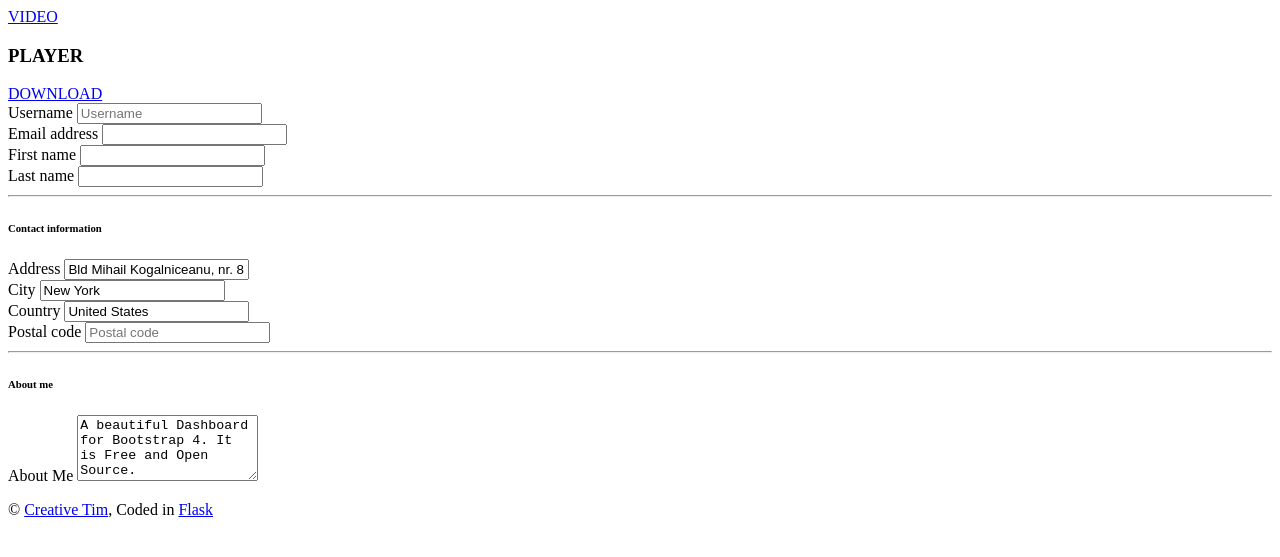
Repository: jasperDD/usedocker
Page: app/templates/pages/profile.html
The author's editor kept a record of every edit. The page is drawn from the files as they stood at one moment, then again after the next edit.
The browser window is 1280 px wide. The pictures show the whole page.
The template is drawn by Flask 3. The application's start-up code is not run. Other server files are loaded and not shown. The template is opened directly, without the code that normally fills it, so the values that code supplies are empty.

Above is the page before.

### app/templates/pages/profile.html
  <!-- Main content -->
  <div class="main-content">
    <!-- Top navbar -->
    <nav class="navbar navbar-top navbar-expand-md navbar-dark" id="navbar-main">
      <div class="container-fluid">
        <!-- Brand -->
        <a class="h4 mb-0 text-white text-uppercase d-none d-lg-inline-block" href="/profile.html">VIDEO</a>
      </div>
    </nav>
    <!-- Header -->
    {% include 'includes/top-stats.html' %}


    <!-- Page content -->
    <div class="container-fluid mt--7">
      <div class="row">
        <!--<div class="col-xl-4 order-xl-2 mb-5 mb-xl-0">-->
        <!--  <div class="card card-profile shadow">-->
        <!--    <div class="row justify-content-center">-->
        <!--      <div class="col-lg-3 order-lg-2">-->
        <!--        <div class="card-profile-image">-->
        <!--          <a href="#">-->
        <!--            <img src="/static/assets/img/theme/team-4-800x800.jpg" class="rounded-circle">-->
        <!--          </a>-->
        <!--        </div>-->
        <!--      </div>-->
        <!--    </div>-->
        <!--    <div class="card-header text-center border-0 pt-8 pt-md-4 pb-0 pb-md-4">-->
        <!--      <div class="d-flex justify-content-between">-->
        <!--        <a href="#" class="btn btn-sm btn-info mr-4">Connect</a>-->
        <!--        <a href="#" class="btn btn-sm btn-default float-right">Message</a>-->
        <!--      </div>-->
        <!--    </div>-->
        <!--    <div class="card-body pt-0 pt-md-4">-->
        <!--      <div class="row">-->
        <!--        <div class="col">-->
        <!--          <div class="card-profile-stats d-flex justify-content-center mt-md-5">-->
        <!--            <div>-->
        <!--              <span class="heading">22</span>-->
        <!--              <span class="description">Friends</span>-->
        <!--            </div>-->
        <!--            <div>-->
        <!--              <span class="heading">10</span>-->
        <!--              <span class="description">Photos</span>-->
        <!--            </div>-->
        <!--            <div>-->
        <!--              <span class="heading">89</span>-->
        <!--              <span class="description">Comments</span>-->
        <!--            </div>-->
        <!--          </div>-->
        <!--        </div>-->
        <!--      </div>-->
        <!--      <div class="text-center">-->
        <!--        <h3>-->
        <!--          Jessica Jones<span class="font-weight-light">, 27</span>-->
        <!--        </h3>-->
        <!--        <div class="h5 font-weight-300">-->
        <!--          <i class="ni location_pin mr-2"></i>Bucharest, Romania-->
        <!--        </div>-->
        <!--        <div class="h5 mt-4">-->
        <!--          <i class="ni business_briefcase-24 mr-2"></i>Solution Manager - Creative Tim Officer-->
        <!--        </div>-->
        <!--        <div>-->
        <!--          <i class="ni education_hat mr-2"></i>University of Computer Science-->
        <!--        </div>-->
        <!--        <hr class="my-4" />-->
        <!--        <p>Ryan — the name taken by Melbourne-raised, Brooklyn-based Nick Murphy — writes, performs and records all of his own music.</p>-->
        <!--        <a href="#">Show more</a>-->
        <!--      </div>-->
        <!--    </div>-->
        <!--  </div>-->
        <!--</div>-->
        <div class="col-xl-12 order-xl-1">
          <div class="card bg-secondary shadow">
            <div class="card-header bg-white border-0">
              <div class="row align-items-center">
                <div class="col-8">
                  <h3 class="mb-0">PLAYER</h3>
                </div>
                <div class="col-4 text-right">
                  <a href="#!" class="btn btn-block btn-primary">DOWNLOAD</a>
                </div>
              </div>
            </div>
            <div class="card-body">
              <form>
                <!--<h6 class="heading-small text-muted mb-4">User information</h6>-->
                <div class="pl-lg-4">
                  <div class="row">
                    <div class="col-lg-6">
                      <div class="form-group">
                        <label class="form-control-label" for="input-username">Username</label>
                        <input type="text" id="input-username" class="form-control form-control-alternative" placeholder="Username" value="{{ current_user.user }}">
                      </div>
                    </div>
                    <div class="col-lg-6">
                      <div class="form-group">
                        <label class="form-control-label" for="input-email">Email address</label>
                        <input type="email" id="input-email" class="form-control form-control-alternative" placeholder="{{ current_user.email }}">
                      </div>
                    </div>
                  </div>
                  <div class="row">
                    <div class="col-lg-6">
                      <div class="form-group">
                        <label class="form-control-label" for="input-first-name">First name</label>
                        <input type="text" id="input-first-name" class="form-control form-control-alternative">
                      </div>
                    </div>
                    <div class="col-lg-6">
                      <div class="form-group">
                        <label class="form-control-label" for="input-last-name">Last name</label>
                        <input type="text" id="input-last-name" class="form-control form-control-alternative">
                      </div>
                    </div>
                  </div>
                </div>
                <hr class="my-4" />
                <!-- Address -->
                <h6 class="heading-small text-muted mb-4">Contact information</h6>
                <div class="pl-lg-4">
                  <div class="row">
                    <div class="col-md-12">
                      <div class="form-group">
                        <label class="form-control-label" for="input-address">Address</label>
                        <input id="input-address" class="form-control form-control-alternative" placeholder="Home Address" value="Bld Mihail Kogalniceanu, nr. 8 Bl 1, Sc 1, Ap 09" type="text">
                      </div>
                    </div>
                  </div>
                  <div class="row">
                    <div class="col-lg-4">
                      <div class="form-group">
                        <label class="form-control-label" for="input-city">City</label>
                        <input type="text" id="input-city" class="form-control form-control-alternative" placeholder="City" value="New York">
                      </div>
                    </div>
                    <div class="col-lg-4">
                      <div class="form-group">
                        <label class="form-control-label" for="input-country">Country</label>
                        <input type="text" id="input-country" class="form-control form-control-alternative" placeholder="Country" value="United States">
                      </div>
                    </div>
                    <div class="col-lg-4">
                      <div class="form-group">
                        <label class="form-control-label" for="input-country">Postal code</label>
                        <input type="number" id="input-postal-code" class="form-control form-control-alternative" placeholder="Postal code">
                      </div>
                    </div>
                  </div>
                </div>
                <hr class="my-4" />
                <!-- Description -->
                <h6 class="heading-small text-muted mb-4">About me</h6>
                <div class="pl-lg-4">
                  <div class="form-group">
                    <label>About Me</label>
                    <textarea rows="4" class="form-control form-control-alternative" placeholder="A few words about you ...">A beautiful Dashboard for Bootstrap 4. It is Free and Open Source.</textarea>
                  </div>
                </div>
              </form>
            </div>
          </div>
        </div>
      </div>

      {% include 'includes/footer.html' %}

    </div>
  </div>

### app/templates/includes/top-stats.html

    <div class="header bg-gradient-primary pb-8 pt-5 pt-md-8">
      <div class="container-fluid">
        <!--<div class="header-body">-->
          <!-- Card stats -->
          <!--<div class="row">-->
          <!--  <div class="col-xl-3 col-lg-6">-->
          <!--    <div class="card card-stats mb-4 mb-xl-0">-->
          <!--      <div class="card-body">-->
          <!--        <div class="row">-->
          <!--          <div class="col">-->
          <!--            <h5 class="card-title text-uppercase text-muted mb-0">Traffic</h5>-->

          <!--            <span id="stats_traffic" class="h2 font-weight-bold mb-0">N/A</span>-->

          <!--          </div>-->
          <!--          <div class="col-auto">-->
          <!--            <div class="icon icon-shape bg-danger text-white rounded-circle shadow">-->
          <!--              <i class="fas fa-chart-bar"></i>-->
          <!--            </div>-->
          <!--          </div>-->
          <!--        </div>-->
          <!--        <p class="mt-3 mb-0 text-muted text-sm">-->
          <!--          <span class="text-success mr-2"><i class="fa fa-arrow-up"></i> 3.48%</span>-->
          <!--          <span class="text-nowrap">Since last month</span>-->
          <!--        </p>-->
          <!--      </div>-->
          <!--    </div>-->
          <!--  </div>-->
          <!--  <div class="col-xl-3 col-lg-6">-->
          <!--    <div class="card card-stats mb-4 mb-xl-0">-->
          <!--      <div class="card-body">-->
          <!--        <div class="row">-->
          <!--          <div class="col">-->
          <!--            <h5 class="card-title text-uppercase text-muted mb-0">New users</h5>-->

          <!--            <span id="stats_users" class="h2 font-weight-bold mb-0">N/A</span>-->

          <!--          </div>-->
          <!--          <div class="col-auto">-->
          <!--            <div class="icon icon-shape bg-warning text-white rounded-circle shadow">-->
          <!--              <i class="fas fa-chart-pie"></i>-->
          <!--            </div>-->
          <!--          </div>-->
          <!--        </div>-->
          <!--        <p class="mt-3 mb-0 text-muted text-sm">-->
          <!--          <span class="text-danger mr-2"><i class="fas fa-arrow-down"></i> 3.48%</span>-->
          <!--          <span class="text-nowrap">Since last week</span>-->
          <!--        </p>-->
          <!--      </div>-->
          <!--    </div>-->
          <!--  </div>-->
          <!--  <div class="col-xl-3 col-lg-6">-->
          <!--    <div class="card card-stats mb-4 mb-xl-0">-->
          <!--      <div class="card-body">-->
          <!--        <div class="row">-->
          <!--          <div class="col">-->
          <!--            <h5 class="card-title text-uppercase text-muted mb-0">Sales</h5>-->

          <!--            <span id="stats_sales" class="h2 font-weight-bold mb-0">N/A</span>-->

          <!--          </div>-->
          <!--          <div class="col-auto">-->
          <!--            <div class="icon icon-shape bg-yellow text-white rounded-circle shadow">-->
          <!--              <i class="fas fa-users"></i>-->
          <!--            </div>-->
          <!--          </div>-->
          <!--        </div>-->
          <!--        <p class="mt-3 mb-0 text-muted text-sm">-->
          <!--          <span class="text-warning mr-2"><i class="fas fa-arrow-down"></i> 1.10%</span>-->
          <!--          <span class="text-nowrap">Since yesterday</span>-->
          <!--        </p>-->
          <!--      </div>-->
          <!--    </div>-->
          <!--  </div>-->
          <!--  <div class="col-xl-3 col-lg-6">-->
          <!--    <div class="card card-stats mb-4 mb-xl-0">-->
          <!--      <div class="card-body">-->
          <!--        <div class="row">-->
          <!--          <div class="col">-->
          <!--            <h5 class="card-title text-uppercase text-muted mb-0">Performance</h5>-->

          <!--            <span id="stats_perf" class="h2 font-weight-bold mb-0">N/A</span>-->

          <!--          </div>-->
          <!--          <div class="col-auto">-->
          <!--            <div class="icon icon-shape bg-info text-white rounded-circle shadow">-->
          <!--              <i class="fas fa-percent"></i>-->
          <!--            </div>-->
          <!--          </div>-->
          <!--        </div>-->
          <!--        <p class="mt-3 mb-0 text-muted text-sm">-->
          <!--          <span class="text-success mr-2"><i class="fas fa-arrow-up"></i> 12%</span>-->
          <!--          <span class="text-nowrap">Since last month</span>-->
          <!--        </p>-->
          <!--      </div>-->
          <!--    </div>-->
          <!--  </div>-->
          <!--</div>-->
        <!--</div>-->
      </div>
    </div>

### app/templates/includes/footer.html

      <!-- Footer -->
      <footer class="footer">
        <div class="row align-items-center justify-content-xl-between">
          <div class="col-xl-6">
            <div class="copyright text-center text-xl-left text-muted">
              &copy; <a href="https://www.creative-tim.com/product/argon-dashboard" class="font-weight-bold ml-1" >Creative Tim</a>,
                Coded in <a href="http://flask.pocoo.org/">Flask</a>
            </div>
          </div>
          <div class="col-xl-6">
            <ul class="nav nav-footer justify-content-center justify-content-xl-end">


            </ul>
          </div>
        </div>
      </footer>

After the next edit:
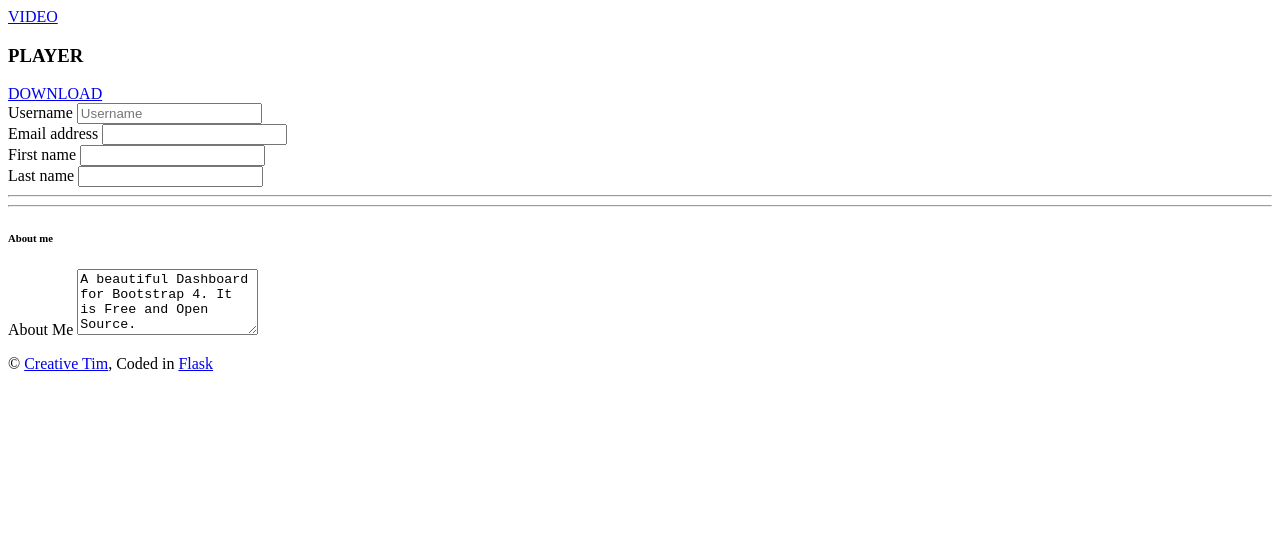
The edit:
--- a/app/templates/pages/profile.html
+++ b/app/templates/pages/profile.html
@@ -117,37 +117,37 @@
                 </div>
                 <hr class="my-4" />
                 <!-- Address -->
-                <h6 class="heading-small text-muted mb-4">Contact information</h6>
-                <div class="pl-lg-4">
-                  <div class="row">
-                    <div class="col-md-12">
-                      <div class="form-group">
-                        <label class="form-control-label" for="input-address">Address</label>
-                        <input id="input-address" class="form-control form-control-alternative" placeholder="Home Address" value="Bld Mihail Kogalniceanu, nr. 8 Bl 1, Sc 1, Ap 09" type="text">
-                      </div>
-                    </div>
-                  </div>
-                  <div class="row">
-                    <div class="col-lg-4">
-                      <div class="form-group">
-                        <label class="form-control-label" for="input-city">City</label>
-                        <input type="text" id="input-city" class="form-control form-control-alternative" placeholder="City" value="New York">
-                      </div>
-                    </div>
-                    <div class="col-lg-4">
-                      <div class="form-group">
-                        <label class="form-control-label" for="input-country">Country</label>
-                        <input type="text" id="input-country" class="form-control form-control-alternative" placeholder="Country" value="United States">
-                      </div>
-                    </div>
-                    <div class="col-lg-4">
-                      <div class="form-group">
-                        <label class="form-control-label" for="input-country">Postal code</label>
-                        <input type="number" id="input-postal-code" class="form-control form-control-alternative" placeholder="Postal code">
-                      </div>
-                    </div>
-                  </div>
-                </div>
+                <!--<h6 class="heading-small text-muted mb-4">Contact information</h6>-->
+                <!--<div class="pl-lg-4">-->
+                <!--  <div class="row">-->
+                <!--    <div class="col-md-12">-->
+                <!--      <div class="form-group">-->
+                <!--        <label class="form-control-label" for="input-address">Address</label>-->
+                <!--        <input id="input-address" class="form-control form-control-alternative" placeholder="Home Address" value="Bld Mihail Kogalniceanu, nr. 8 Bl 1, Sc 1, Ap 09" type="text">-->
+                <!--      </div>-->
+                <!--    </div>-->
+                <!--  </div>-->
+                <!--  <div class="row">-->
+                <!--    <div class="col-lg-4">-->
+                <!--      <div class="form-group">-->
+                <!--        <label class="form-control-label" for="input-city">City</label>-->
+                <!--        <input type="text" id="input-city" class="form-control form-control-alternative" placeholder="City" value="New York">-->
+                <!--      </div>-->
+                <!--    </div>-->
+                <!--    <div class="col-lg-4">-->
+                <!--      <div class="form-group">-->
+                <!--        <label class="form-control-label" for="input-country">Country</label>-->
+                <!--        <input type="text" id="input-country" class="form-control form-control-alternative" placeholder="Country" value="United States">-->
+                <!--      </div>-->
+                <!--    </div>-->
+                <!--    <div class="col-lg-4">-->
+                <!--      <div class="form-group">-->
+                <!--        <label class="form-control-label" for="input-country">Postal code</label>-->
+                <!--        <input type="number" id="input-postal-code" class="form-control form-control-alternative" placeholder="Postal code">-->
+                <!--      </div>-->
+                <!--    </div>-->
+                <!--  </div>-->
+                <!--</div>-->
                 <hr class="my-4" />
                 <!-- Description -->
                 <h6 class="heading-small text-muted mb-4">About me</h6>
